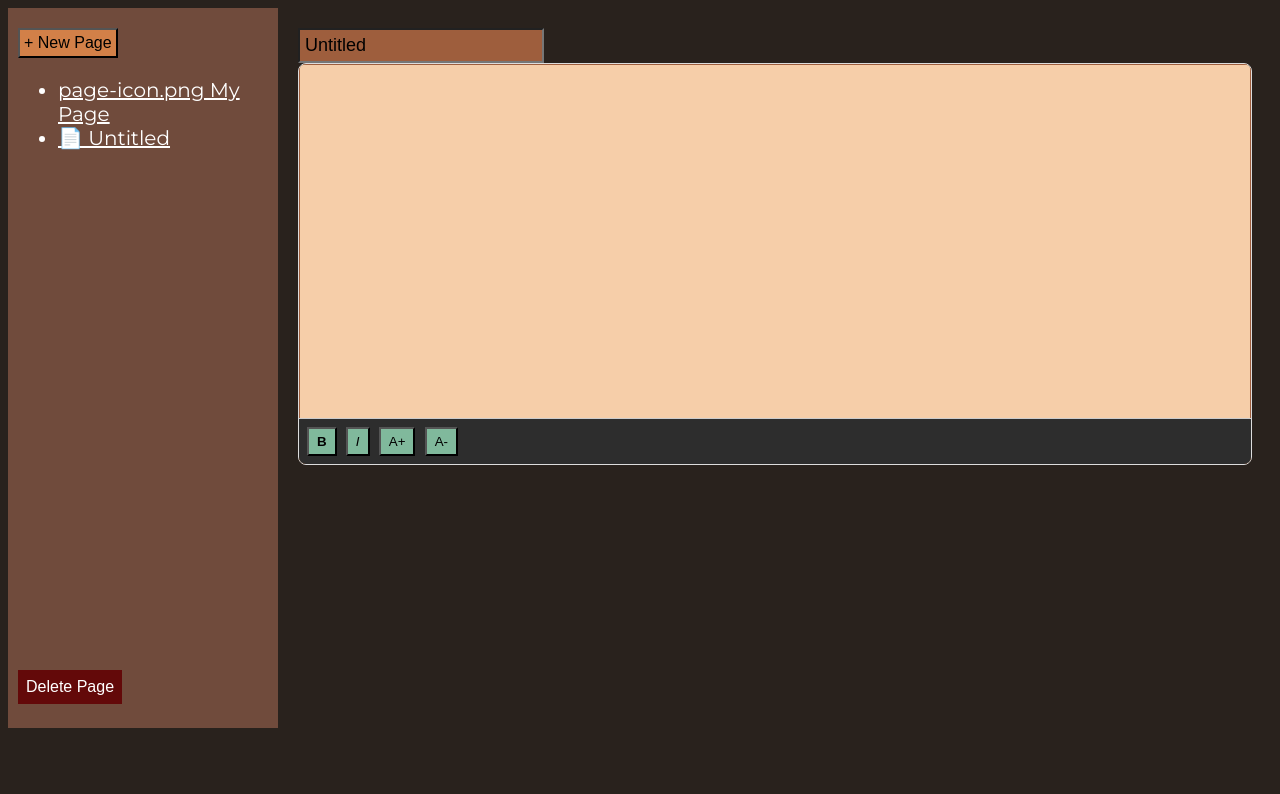
Repository: Dharshinimk-521/notes-app
Page: index.html
The author's editor kept a copy of each file at every save. The page is drawn from the files as they stood at one save, then again after the next save.
The browser window is 1280 px wide. The pictures show the whole page.
Empty fields were first filled with sample values (such as "Sample", 5 or name@example.com).
After loading, the first visible `#newPageBtn` was clicked once.

Above is the page before, as saved 2026-04-18 23:08:35.

After the next save:
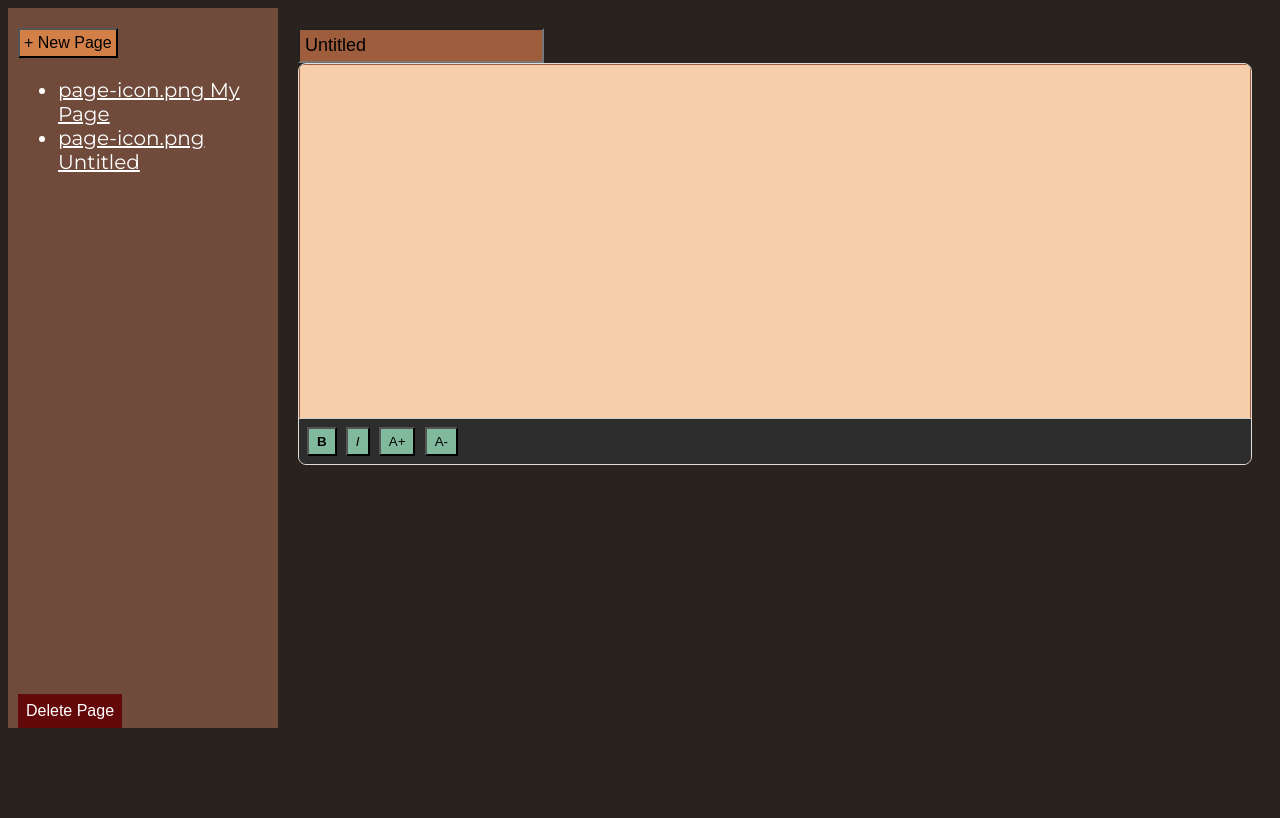
Saved 9 s later.
--- a/app.js
+++ b/app.js
@@ -21,7 +21,7 @@ function createPage() {
     id: Date.now().toString(),
     title: "Untitled",
     content: "",
-    icon: "📄" // default icon
+    icon: "page-icon.png" // default icon
   };
 
   pages.push(newPage);
